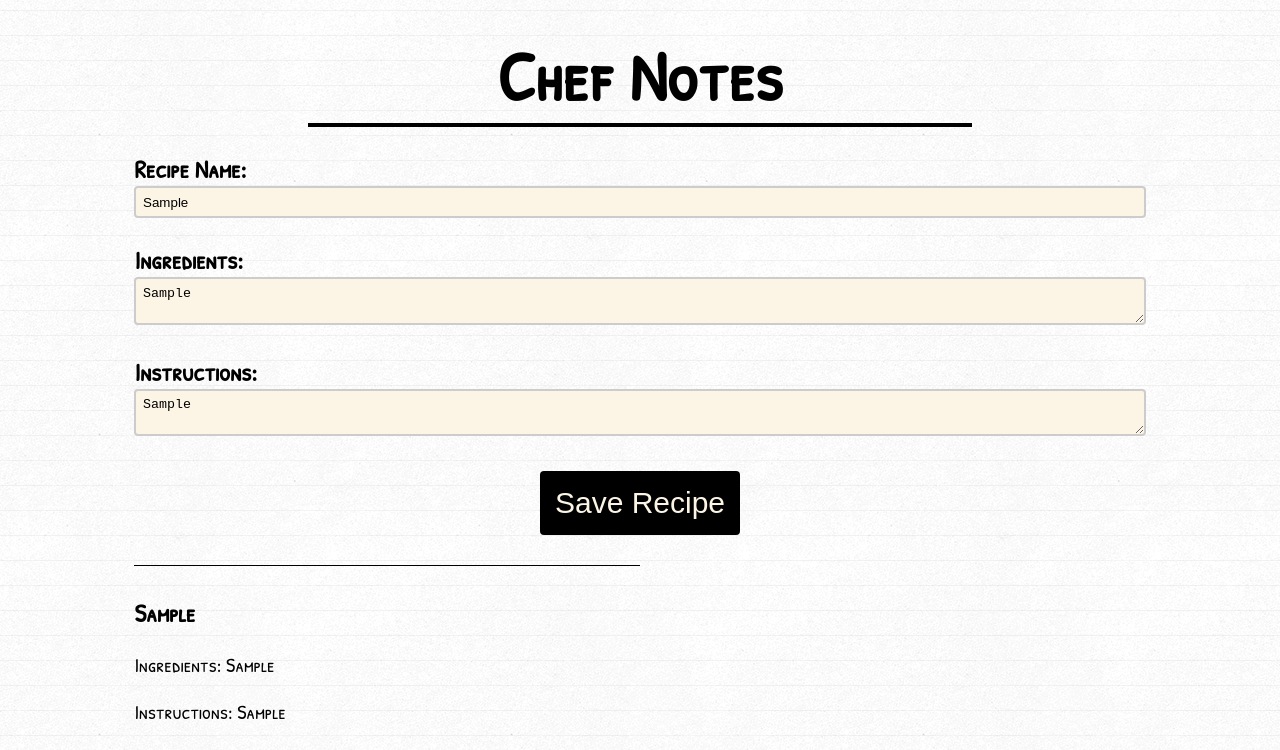
Repository: Chadloswald/RecipeSite
Page: index.html
The author's editor kept a copy of each file at every save. The page is drawn from the files as they stood at one save, then again after the next save.
The browser window is 1280 px wide. The pictures show the whole page.
Empty fields were first filled with sample values (such as "Sample", 5 or name@example.com).
After loading, the first visible `#saveButton` was clicked once.

Above is the page before, as saved 2023-04-03 21:10:06.

After the next save:
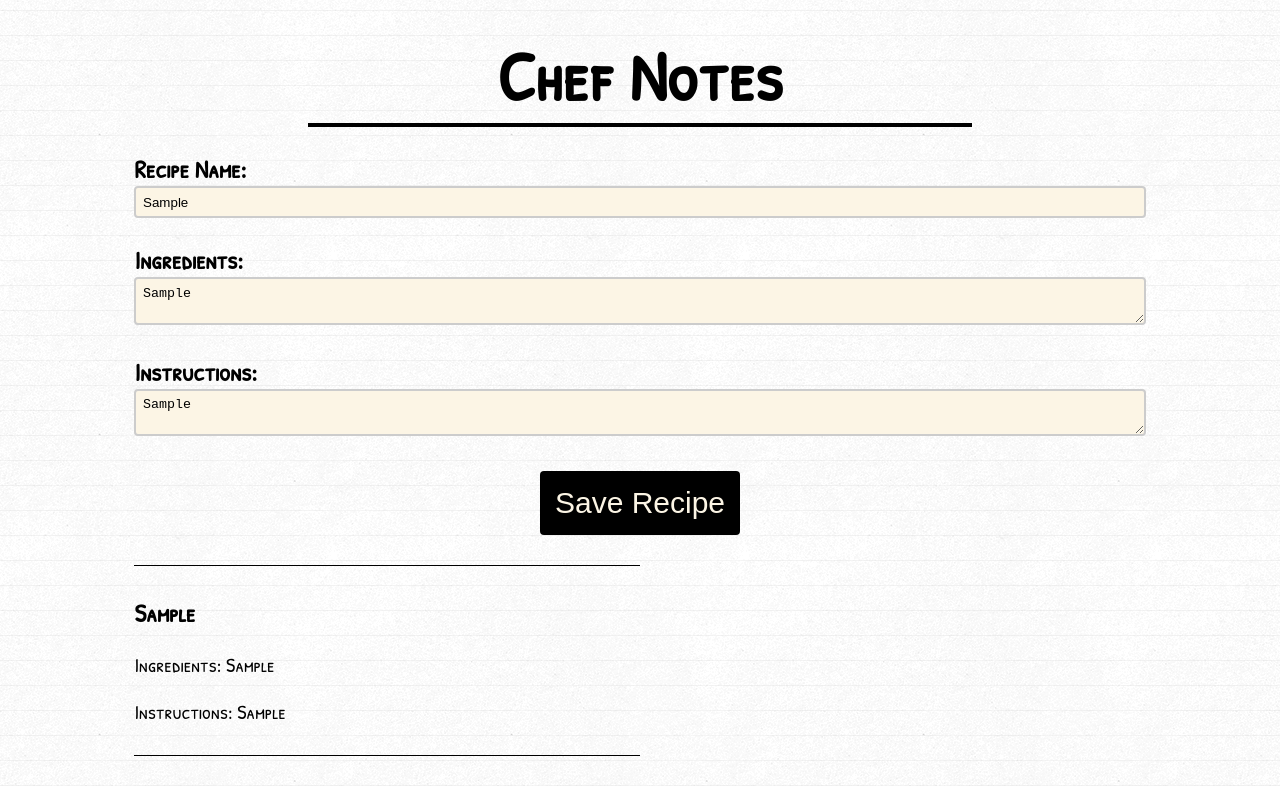
Saved 4 min 31 s later.
--- a/scripts.js
+++ b/scripts.js
@@ -14,13 +14,17 @@ document.addEventListener('DOMContentLoaded', function() { //Adds the event list
       const recipeName = document.createElement('h2'); //Takes the "name" element and puts it in the recipe container as an h2
       const recipeIngredients = document.createElement('p'); //Takes the "ingredients" element and puts it in the recipe container as an p
       const recipeInstructions = document.createElement('p'); //Takes the "instructions" element and puts it in the recipe container as an p
+      const recipeLine = document.createElement('div'); //Creates a div element for the recipe-line
+      recipeLine.classList.add('recipe-line'); //Adds the recipe-line class to the div element
 
       recipeName.innerText = name; //Populates the "recipeName" element with the value of the "name" element
       recipeIngredients.innerText = `Ingredients: ${ingredients}`; //Populates the "recipeIngredients" element with all the strings in the "ingredients" element
       recipeInstructions.innerText = `Instructions: ${instructions}`; //Populates the "recipeInstructions" element with all the strings in the "instructions" element
+
       recipe.appendChild(recipeName); //These 3 lines add "recipeName" "recipeIngredients" and "recipeInstructions" of the recipe doc
       recipe.appendChild(recipeIngredients);
       recipe.appendChild(recipeInstructions);
+      recipe.appendChild(recipeLine); //Appends the recipe-line to the recipe container
 
       recipeList.appendChild(recipe); //Sets the "recipe" as a child of the "recipeList" - Causes each "recipe" to display in the "recipeList"
   });
